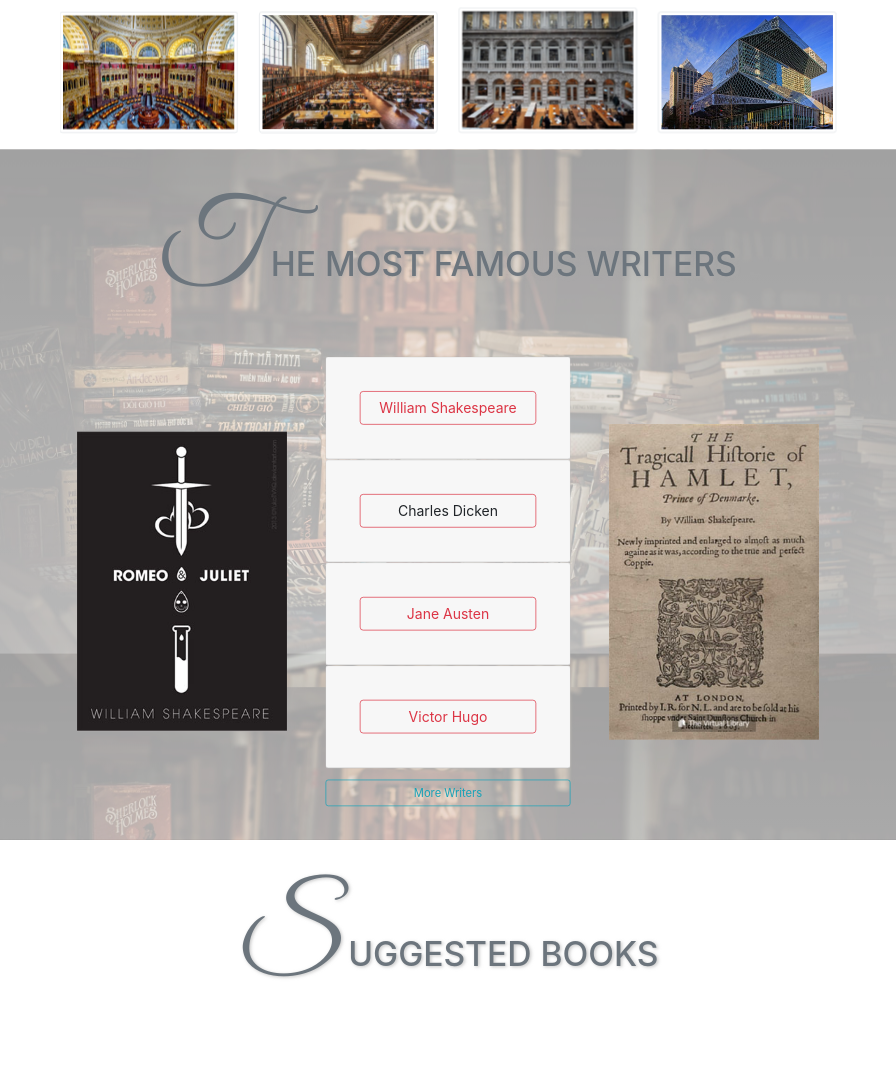
Repository: imedakrouti/BookStore
Page: index.html
An editor plug-in stored every save of this project. The page is shown before and after the next save, followed by the edit.
The browser window is 1280 px wide. The pictures show the part of the page from y = 1284 to 3204 px (the page is 2805 px tall before and 3204 px after), at 70% of full size.
Backgrounds fixed to the window are drawn as part of the page. Some web libraries are served in a nearby version.

Above is the page before, as saved 2020-05-06 18:54:56.

### index.html
<!DOCTYPE html>
<html lang="en">
<head>
    <meta charset="UTF-8">
    <!-- meta view-port responsive design -->
    <meta name="viewport" content="width=device-width, initial-scale=1.0">
    <!-- Favicon -->
    <link rel="shortcut icon" href="images/img/title-img.png" type="image/x-icon">
    <!-- Fontawsome -->
    <link rel="stylesheet" href="https://use.fontawesome.com/releases/v5.0.10/css/all.css" integrity="sha384-+d0P83n9kaQMCwj8F4RJB66tzIwOKmrdb46+porD/OvrJ+37WqIM7UoBtwHO6Nlg" crossorigin="anonymous">
    <!-- Css Bootstrap -->
    <link rel="stylesheet" href="pluguin/bootstrap/css/bootstrap.min.css">
    <!-- Css lightbox -->
    <link rel="stylesheet" href="pluguin/lighbox/css/lightbox.min.css">
    <!-- Css style -->
    <link rel="stylesheet" href="styles/styles.css">
    <title>Books Site</title>
</head>
<body>
    <!-- Header -->
    <header class="d-flex align-items-center">
        <div class="align-self-start position-absolute w-100">
          <a href="#">
            <img src="images/img/book.png" width="120" class="img-fluid m-4">
          </a>
          <div href="#"class="float-right">
            <img src="images/img/book.png" width="120" class="img-fluid m-4">
          </div>
        </div>
        <div class="container">
          <div class="row">
            <div class="col text-center">
              <h1 class="text-light display-1 font-italic mb-5 banner-heading">We <img src="images/img/heart.png" width="250" class="img-fluid"> Reading</h1>
              <a href="#" class="btn btn-lg btn-outline-danger text-uppercase px-5">Check Out</a>
            </div>
          </div>
        </div>
      </header>
    <!-- End Of Header -->
    <!-- Gallery -->
    <section class="gallery" >
        <div class="container">
            <!-- TITLE -->
            <div class="row">
                <div class="col text-center p-5">
                    <h1 class="text-uppercase font-itaclic text-secondary gallerie-title">THE BEST LIBRARIES IN THE WORLD</h1>
                </div>
            </div>
            <!-- End Of Title -->
            <!-- first Row Gallery -->
            <div class="row mb-4 first-row align-items-end">
                <div class="col-lg-3 col-sm-6 col-10 mx-auto">
                  <a href="images/img/libraries/library1.jpg" data-lightbox="library" data-title="Clementinum, Prague">
                    <img src="images/img/libraries/library1.jpg" class="img-thumbnail gallery-img">
                  </a>
                </div>
                <div class="col-lg-3 col-sm-6 col-10 mx-auto">
                  <a href="images/img/libraries/library2.jpg" data-lightbox="library" data-title="Bibliotheca Alexandrina, Alexandria, Egypt">
                    <img src="images/img/libraries/library2.jpg" class="img-thumbnail gallery-img">
                  </a>
                </div>
                <div class="col-lg-3 col-sm-6 col-10 mx-auto">
                  <a href="images/img/libraries/library3.jpg" data-lightbox="library" data-title="Trinity College Old Library, Dublin">
                    <img src="images/img/libraries/library3.jpg" class="img-thumbnail gallery-img">
                  </a>
                </div>
                <div class="col-lg-3 col-sm-6 col-10 mx-auto">
                  <a href="images/img/libraries/library4.jpg" data-lightbox="library" data-title="Central Library of Vancouver, Canada">
                    <img src="images/img/libraries/library4.jpg" class="img-thumbnail gallery-img">
                  </a>
                </div>
              </div>
            <!-- End First Row -->
            <!-- Second Row -->
            <div class="row mb-4 second-row align-items-end">
                <div class="col-lg-3 col-sm-6 col-10 mx-auto">
                  <a href="images/img/libraries/library5.jpg" data-lightbox="library" data-title="Library of Congress, Washington, D.C.">
                    <img src="images/img/libraries/library5.jpg" class="img-thumbnail gallery-img">
                  </a>
                </div>
                <div class="col-lg-3 col-sm-6 col-10 mx-auto">
                  <a href="images/img/libraries/library6.jpg" data-lightbox="library" data-title="New York Public Library (Stephen A. Schwarzman Building)">
                    <img src="images/img/libraries/library6.jpg" class="img-thumbnail gallery-img">
                  </a>
                </div>
                <div class="col-lg-3 col-sm-6 col-10 mx-auto">
                  <a href="images/img/libraries/library7.jpg" data-lightbox="library" data-title="Marciana Library, Venice">
                    <img src="images/img/libraries/library7.jpg" class="img-thumbnail gallery-img">
                  </a>
                </div>
                <div class="col-lg-3 col-sm-6 col-10 mx-auto">
                  <a href="images/img/libraries/library8.jpg" data-lightbox="library" data-title="Seattle Public Library’s Central Library">
                    <img src="images/img/libraries/library8.jpg" class="img-thumbnail gallery-img">
                  </a>
                </div>
              </div>
            <!-- End Second Row -->
            </div>
    </section>
    <!-- End Of Gallery -->
    <!--  Famous Writer -->
    <section class="writer pb-5">
        <div class="container">
              <!-- TITLE -->
         <div class="row">
            <div class="col text-center p-5">
                <h1 class="text-uppercase font-itaclic text-secondary gallerie-title">THE MOST FAMOUS WRITERS</h1>
            </div>
        </div>
        <!-- End Of Title -->
        <div class="row">
            <div class="col-lg-4 text-center align-self-center">
                <a href="#"><img src="images/img/writers/William_Shakespeare-book1.jpg" id="book1"alt=""class="img-fluid"></a>
            </div>
            <div class="col-lg-4">
                <div id="accordianId" class="accordin-writers">
                    <div class="card show">
                        <div class="card-header p-5" role="tab" id="William Shakespeare">
                            <h5 class="mb-0">
                                <a data-toggle="collapse"id="button-William_Shakespeare" data-parent="#accordianId" href="#collapseone" aria-expanded="true" aria-controls="section1ContentId"class="btn btn-lg btn-block btn-outline-danger">
                                    William Shakespeare
                        </a>
                            </h5>
                        </div>
                        <div id="collapseone" class="collapse in" role="tabpanel" aria-labelledby="William Shakespeare">
                            <div class="card-body">
                               <div class="card">
                                   <img class="card-img-top" src="images/img/writers/William_Shakespeare.jpg" alt="">
                                   <div class="card-body">
                                    <p class="card-text">Lorem ipsum, dolor sit amet consectetur adipisicing elit. Laudantium, ducimus!</p>
                                    <a href="#"class="btn btn-block btn-primary">More Books</a>
                                </div>
                                </div>
                            </div>
                        </div>
                    </div>
                    <div class="card">
                        <div class="card-header p-5" role="tab" id="Charles Dicken">
                            <h5 class="mb-0">
                                <a data-toggle="collapse" data-parent="#accordianId" data-target="#collapsetwo"id="button-Charles_Dickens" aria-expanded="true" aria-controls="section1ContentId"class="btn btn-lg btn-block btn-outline-danger">
                                    Charles Dicken
                        </a>
                            </h5>
                        </div>
                        <div id="collapsetwo" class="collapse in" role="tabpanel" aria-labelledby="Charles Dicken">
                            <div class="card-body">
                               <div class="card">
                                   <img class="card-img-top" src="images/img/writers/Charles_Dickens.jpg" alt="">
                                   <div class="card-body">
                                    <p class="card-text">Lorem ipsum, dolor sit amet consectetur adipisicing elit. Laudantium, ducimus!</p>
                                    <a href="#"class="btn btn-block btn-primary">More Books</a>
                                </div>
                                </div>
                            </div>
                        </div>
                    </div>
                    <div class="card">
                        <div class="card-header p-5" role="tab" id="Jane Austen">
                            <h5 class="mb-0">
                                <a data-toggle="collapse" data-parent="#accordianId" id="button-Jane_Austen"href="#collapsethree" aria-expanded="true" aria-controls="section1ContentId"class="btn btn-lg btn-block btn-outline-danger">
                                    Jane Austen
                        </a>
                            </h5>
                        </div>
                        <div id="collapsethree" class="collapse in" role="tabpanel" aria-labelledby="Jane Austen">
                            <div class="card-body">
                               <div class="card">
                                   <img class="card-img-top" src="images/img/writers/Jane_Austen.jpg" alt="">
                                   <div class="card-body">
                                    <p class="card-text">Lorem ipsum, dolor sit amet consectetur adipisicing elit. Laudantium, ducimus!</p>
                                    <a href="#"class="btn btn-block btn-primary">More Books</a>
                                </div>
                                </div>
                            </div>
                        </div>
                    </div>
                    <div class="card">
                        <div class="card-header p-5" role="tab" id="Victor Hugo">
                            <h5 class="mb-0">
                                <a data-toggle="collapse" data-parent="#accordianId"id="button-Victor_Hugo" href="#collapsefour" aria-expanded="true" aria-controls="section1ContentId"class="btn btn-lg btn-block btn-outline-danger">
                                    Victor Hugo
                        </a>
                            </h5>
                        </div>
                        <div id="collapsefour" class="collapse in" role="tabpanel" aria-labelledby="Victor Hugo">
                            <div class="card-body">
                               <div class="card">
                                   <img class="card-img-top" src="images/img/writers/Victor_Hugo.jpg" alt="">
                                   <div class="card-body">
                                    <p class="card-text">Lorem ipsum, dolor sit amet consectetur adipisicing elit. Laudantium, ducimus!</p>
                                    <a href="#"class="btn btn-block btn-primary">More Books</a>
                                </div>
                                </div>
                            </div>
                        </div>
                    </div>
                    <a href="" class="btn btn-block btn-outline-info mt-3">More Writers</a>
                </div>
            </div>
            <div class="col-lg-4 d-flex align-items-center justify-content-center">
                <a href="#"><img src="images/img/writers/William_Shakespeare-book2.jpg" id="book2"alt=""class="img-fluid"></a>
            </div>
        </div>
        </div>
    </section>
    <!-- End Of Famous Writer -->
    <!-- Suggeted Book -->
    <section class="suggeted-books pb-4">
        <div class="container">
            <!-- TITLE -->
         <div class="row">
            <div class="col text-center p-5">
                <h1 class="text-uppercase font-itaclic text-secondary gallerie-title">SUGGESTED BOOKS</h1>
            </div>
        </div>
        <div class="row">
            <div class="col-lg-6 col-md-8 col-sm-10 mx-auto">
             <!--    <a href=""><img src="images/img/suggested-books/book1.jpg" alt=""class="img-fluid book"></a>
                <a href=""><img src="images/img/suggested-books/book2.jpg" alt=""class="img-fluid book"></a>
                <a href=""><img src="images/img/suggested-books/book3.jpg" alt=""class="img-fluid book"></a>
                <a href=""><img src="images/img/suggested-books/book4.jpg" alt=""class="img-fluid book"></a>
                <a href=""><img src="images/img/suggested-books/book5.jpg" alt=""class="img-fluid book"></a> -->
            </div>
        </div>
        <!-- End Of Title -->
        </div>
    </section>
    <!-- End Suggeted Book -->
<!-- Jquery -->
<script src="pluguin/jquery-3.3.1.min.js"></script>
<!-- Popper js -->
<script src="pluguin/popper.js"></script>
<!-- Bootstrap js  -->
<script src="pluguin/bootstrap/js/bootstrap.min.js"></script>
<!-- Lightbox -->
<script src="pluguin/lighbox/js/lightbox.min.js"></script>
<!-- Own js file -->
<script src="js/script.js"></script>
<script>

</script>
</body>

</html>

### styles/styles.css
@import url('https://fonts.googleapis.com/css?family=Great+Vibes&display=swap');

*{
    margin: 0;
    padding: 0;
    box-sizing:border-box;
}
body{
    /* font-family: 'Great Vibes', cursive; */
}
a:hover{
    text-decoration: none;
}
/*Header*/
header{
    height: 100vh;
    background:linear-gradient(rgba(0,0,0,0.6),rgba(0,0,0,0.7)),url('../images/img/header-bg.jpeg')no-repeat fixed center /cover;
    clip-path: polygon(0 0, 100% 0, 100% 90%, 0 100%);

}
.banner-heading::first-letter{
    font-family: 'Great Vibes', cursive;
    font-size: 10rem;
    /* letter-spacing: 12px; */
    margin-right: 20px;
}
@keyframes heart{
    0%{
        transform: scale(1);
        -webkit-transform: scale(1);
        -moz-transform: scale(1);
        -ms-transform: scale(1);
        -o-transform: scale(1);
}
    40%{
        transform: scale(1.1);
        -webkit-transform: scale(1.1);
        -moz-transform: scale(1.1);
        -ms-transform: scale(1.1);
        -o-transform: scale(1.1);
}
    60%{
        transform: scale(1.05);
        -webkit-transform: scale(1.05);
        -moz-transform: scale(1.05);
        -ms-transform: scale(1.05);
        -o-transform: scale(1.05);
}
    80%{
        transform: scale(1.1);
        -webkit-transform: scale(1.1);
        -moz-transform: scale(1.1);
        -ms-transform: scale(1.1);
        -o-transform: scale(1.1);
}
    80%{
        transform: scale(1);
        -webkit-transform: scale(1);
        -moz-transform: scale(1);
        -ms-transform: scale(1);
        -o-transform: scale(1);
}
}
.banner-heading img{
    animation: heart 2s infinite;
    -webkit-animation: heart 2s infinite;
}
.bouton{
    background:transparent;
    border:1px solid red;
    color:#eee;
}
.bouton:hover{
    background:red;

    color:#eee;
}
/*End Of Header*/

/* Gallery*/
.gallerie-title{
display: inline-block;
font-size: 3rem;
font-weight: 500;
text-shadow: 2px 2px 5px #aaaa;
}
.gallerie-title::first-letter{
    font-family: 'Great Vibes', cursive;
    font-size: 10rem;
    margin-right: 10px;
}
.gallerie-title:hover{
    transform: translate(-5px,-3px);
    text-shadow: 2px 5px 20px #aaa;
    -webkit-transform: translate(-5px,-3px);
    -moz-transform: translate(-5px,-3px);
    -ms-transform: translate(-5px,-3px);
    -o-transform: translate(-5px,-3px);
}
.gallery-img{
    backface-visibility: hidden;
    transition:.6s;
    -webkit-transition:.6s;
    -moz-transition:.6s;
    -ms-transition:.6s;
    -o-transition:.6s;
    -webkit-backface-visibility: hidden;
}
.gallery-img:hover{
    transform: scale(1.1);


}

/* End Of Gallery*/
/* Famous Writter */
.writer{
    background:linear-gradient(rgba(255,255,255,0.6),rgba(255,255,255,0.7)), url('../images/img/writers-bg.jpeg')  no-repeat fixed center/ cover;
}
/* EndFamous Writter */
/* Suggeted Books */
.suggested-books{
    height: 100vh;
    background:linear-gradient(rgba(255,255,255,0.6),rgba(255,255,255,0.7)), url('../images/img/writers-bg.jpeg')  no-repeat fixed center/ cover;
}
/* End Suggeted Books */

### js/script.js
$(document).ready(function(){
    lightbox.option({
        'wrapAround': true
      });
      $('.accordin-writers').click(function(event) {

         if(event.target.id.split('-')[0] === 'button') {
           $('#book1').attr('src', 'images/img/writers/' + event.target.id.split('-')[1] + '-book1.jpg');
          $('#book2').attr('src', 'images/img/writers/' + event.target.id.split('-')[1] + '-book2.jpg');
          }
        console.log(event.target.id.split('-')[1] + '-book1.jpg');

      });
});

Loaded but not shown: pluguin/bootstrap/css/bootstrap.min.css (library); pluguin/lighbox/css/lightbox.min.css (common file); pluguin/jquery-3.3.1.min.js (library); pluguin/popper.js (library); pluguin/bootstrap/js/bootstrap.min.js (library); pluguin/lighbox/js/lightbox.min.js (library)

After the next save:
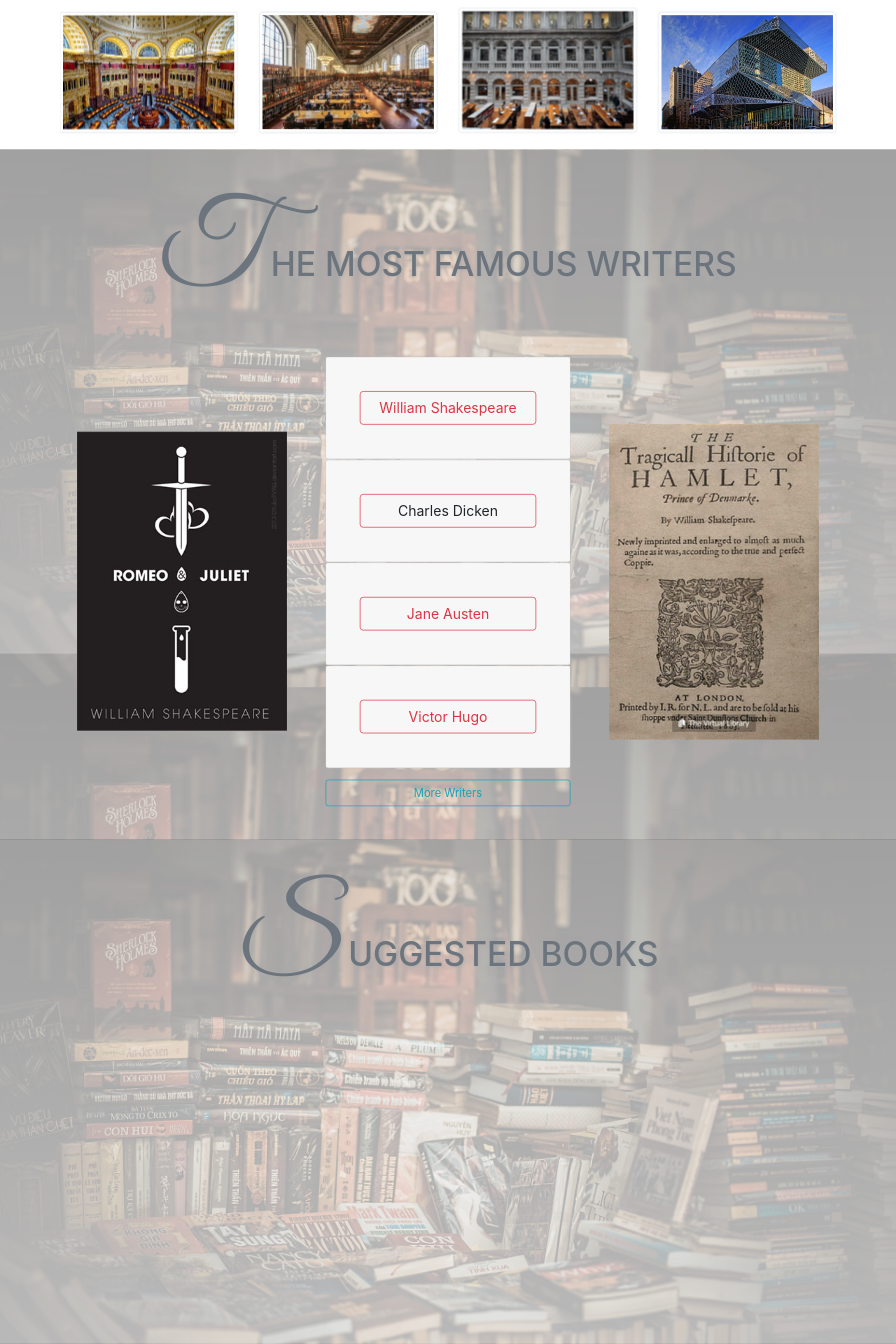
Saved 25 s later.
--- a/styles/styles.css
+++ b/styles/styles.css
@@ -119,7 +119,7 @@
 }
 /* EndFamous Writter */
 /* Suggeted Books */
-.suggested-books{
+.suggeted-books{
     height: 100vh;
     background:linear-gradient(rgba(255,255,255,0.6),rgba(255,255,255,0.7)), url('../images/img/writers-bg.jpeg')  no-repeat fixed center/ cover;
 }

After the save that followed:
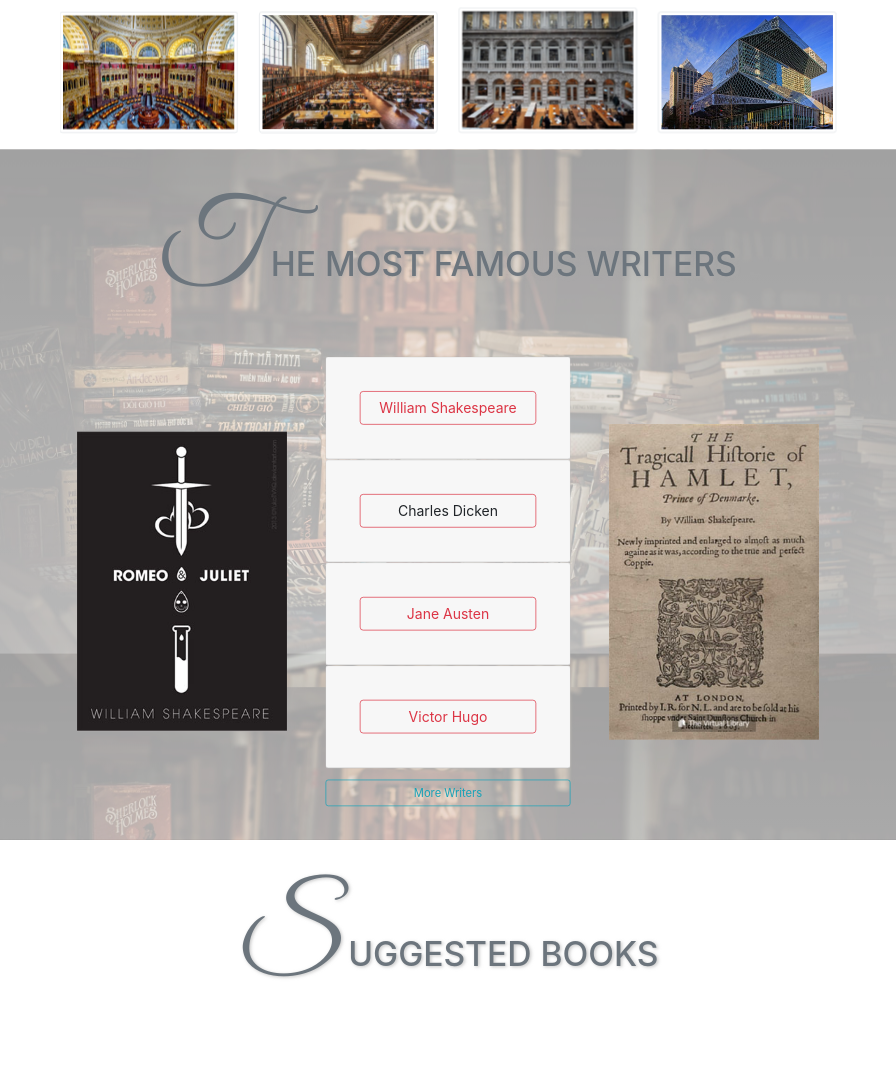
Saved 14 s later.
--- a/styles/styles.css
+++ b/styles/styles.css
@@ -119,8 +119,7 @@
 }
 /* EndFamous Writter */
 /* Suggeted Books */
-.suggeted-books{
-    height: 100vh;
-    background:linear-gradient(rgba(255,255,255,0.6),rgba(255,255,255,0.7)), url('../images/img/writers-bg.jpeg')  no-repeat fixed center/ cover;
+.suggested-books{
+    background:url("../images/img/wood-bg.jpeg") ;
 }
 /* End Suggeted Books */
